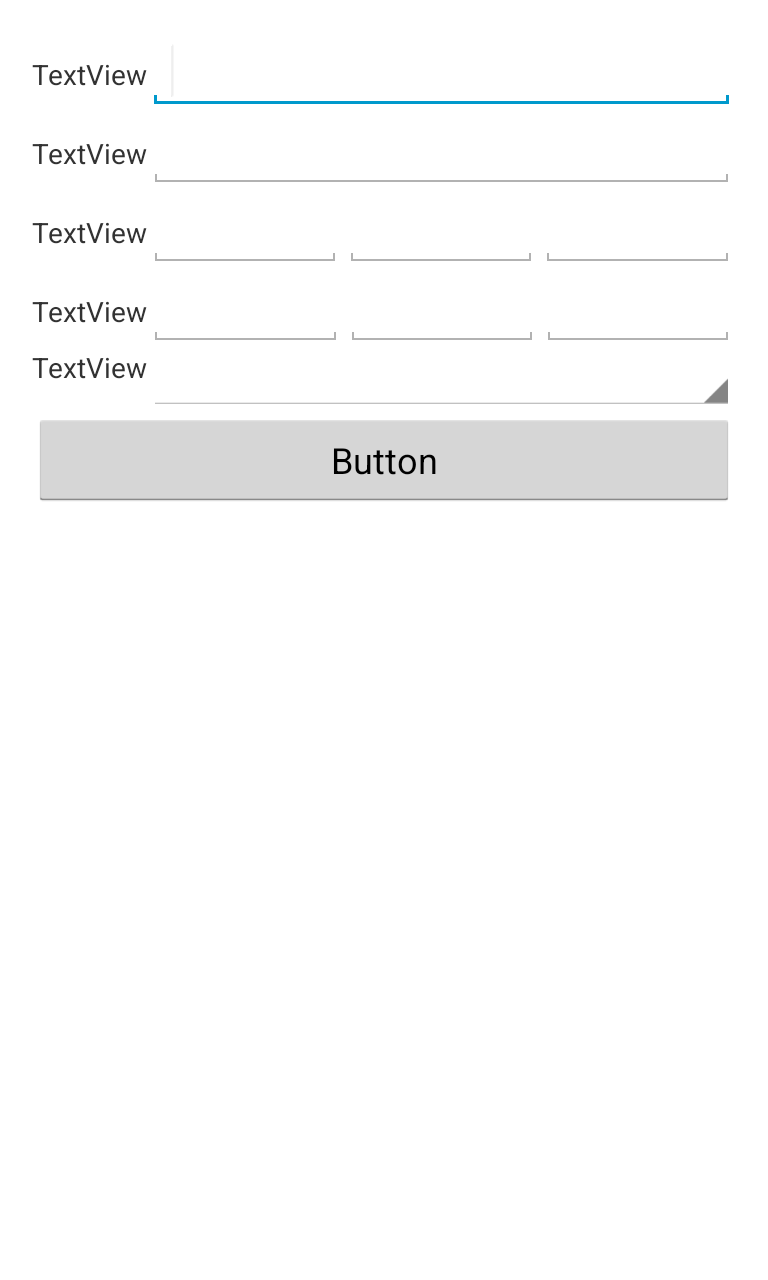
Repository: eorodrig/eorodrigTravelLogger
Layout: TravelLogger/res/layout/activity_new_claim.xml
The author's editor kept a copy of each file at every save. The layout is drawn from the files as they stood at one save, then again after the next save.
It is drawn on a 768 x 1280 px phone screen (xhdpi) without system bars, with theme AppTheme; the app's code is not run.

Above is the layout before, as saved 2015-01-16 06:48:41.

After the next save:
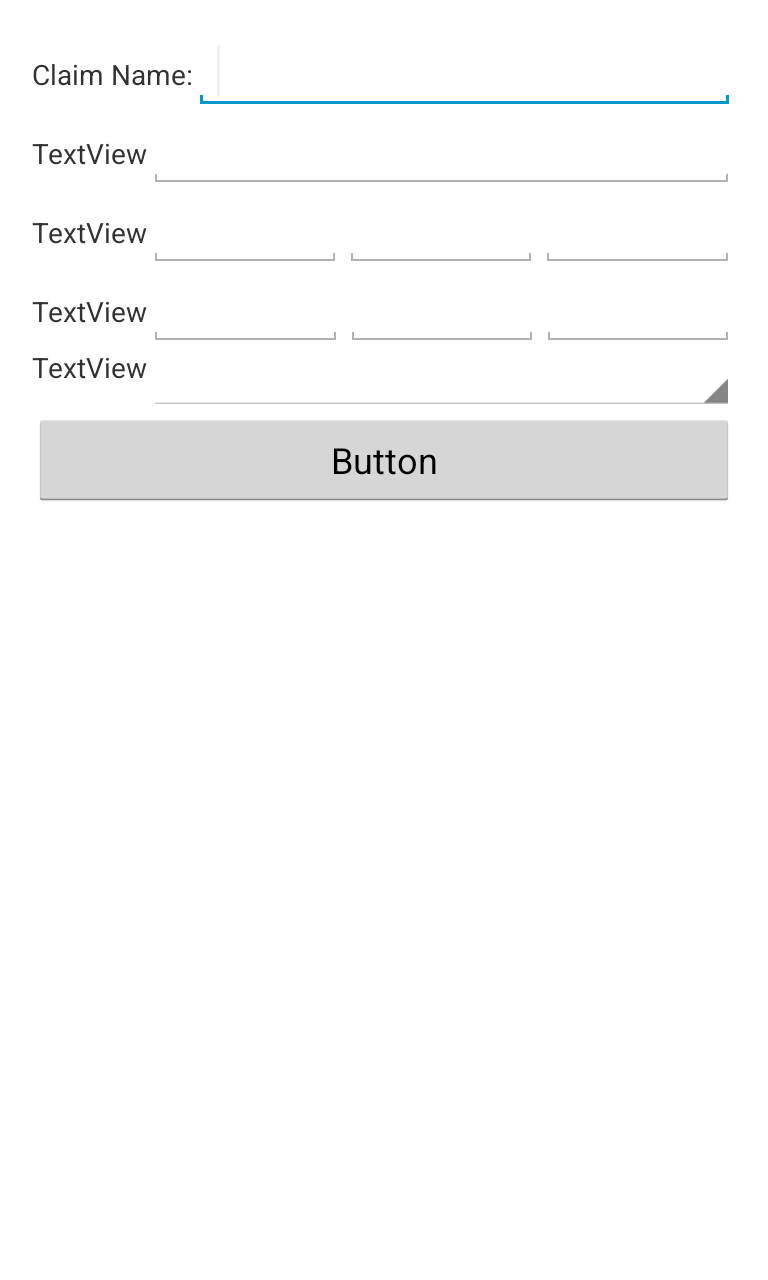
Saved 39 s later.
--- a/TravelLogger/res/layout/activity_new_claim.xml
+++ b/TravelLogger/res/layout/activity_new_claim.xml
@@ -21,7 +21,7 @@
                 android:id="@+id/textView1"
                 android:layout_width="wrap_content"
                 android:layout_height="wrap_content"
-                android:text="TextView" />
+                android:text="@string/claim_name" />
 
             <EditText
                 android:id="@+id/editText1"
